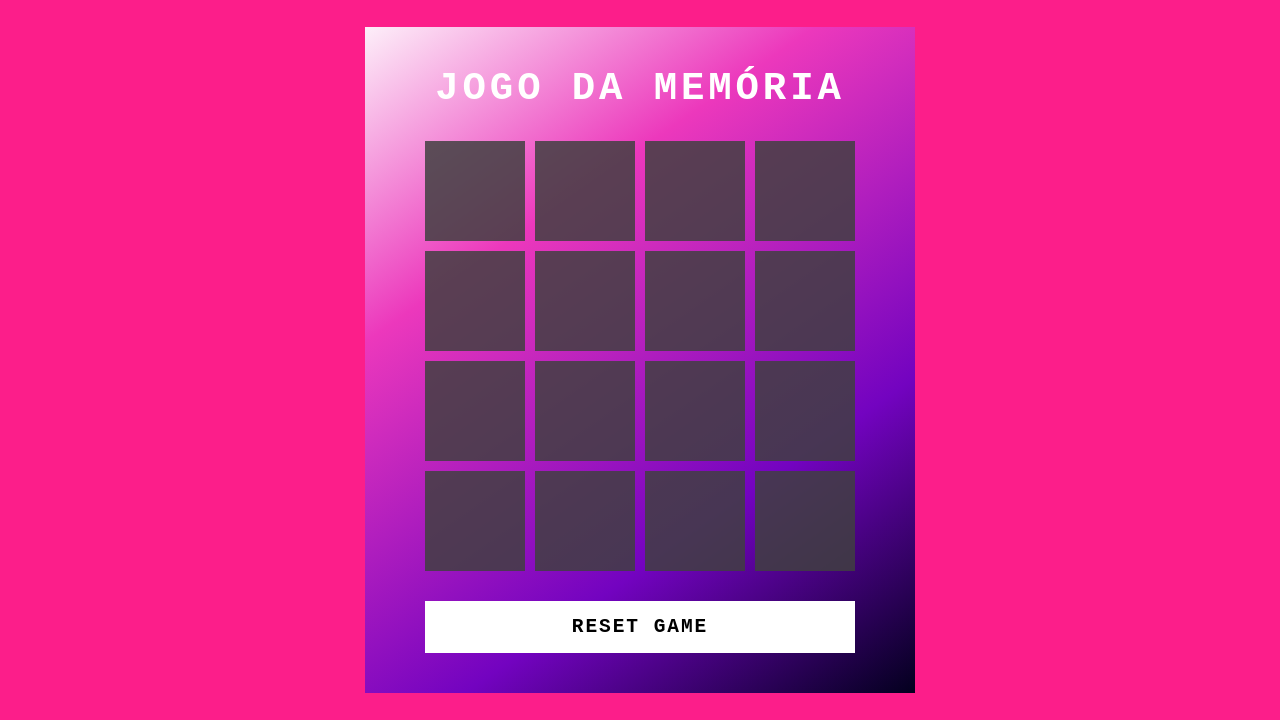
Repository: Zoemateus324/memory-game
Page: index.html
These files come from the project's save history. The page is drawn as it stood at one moment and after the next save; the edit follows.
The browser window is 1280 px wide. The pictures show the whole page.

Above is the page before, as saved 2024-11-27 09:21:01.

After the next save:
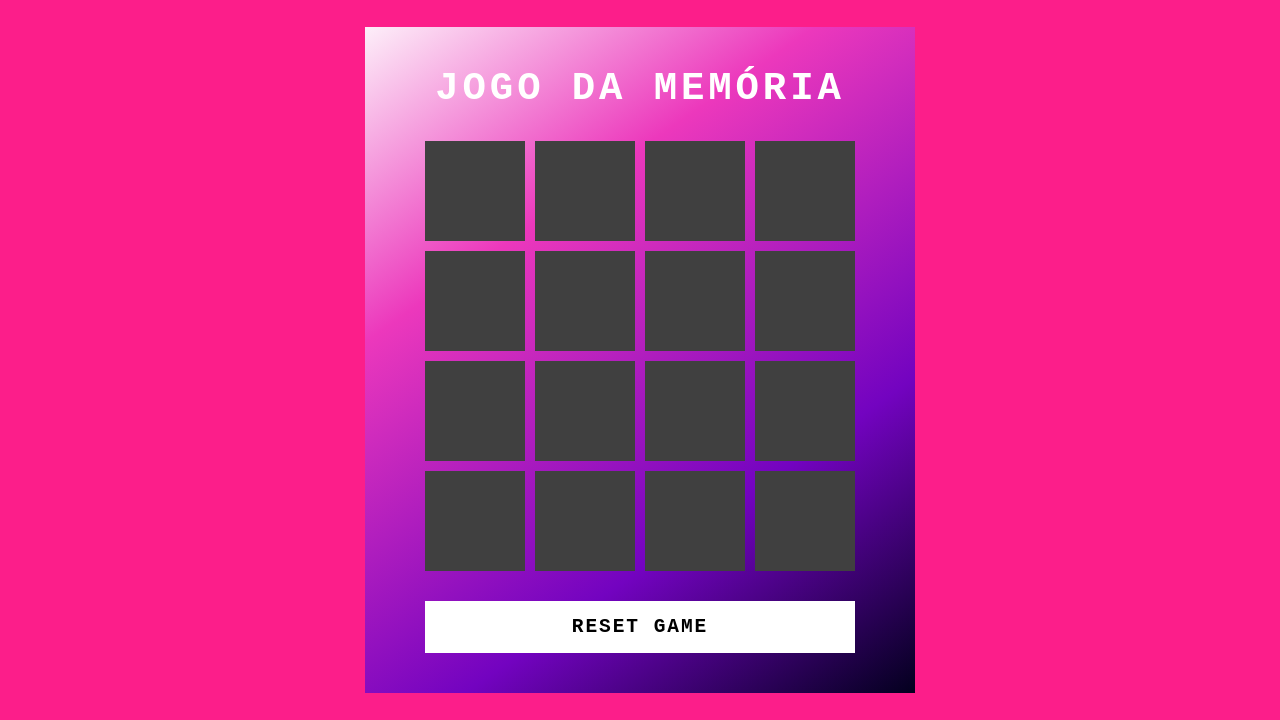
Saved 25 s later.
--- a/src/styles/main.css
+++ b/src/styles/main.css
@@ -69,7 +69,6 @@ h2{
     position:relative;
     width:100px;
     height:100px;
-    opacity:85%;
     display:flex;
     align-items:center;
     justify-content:center;
